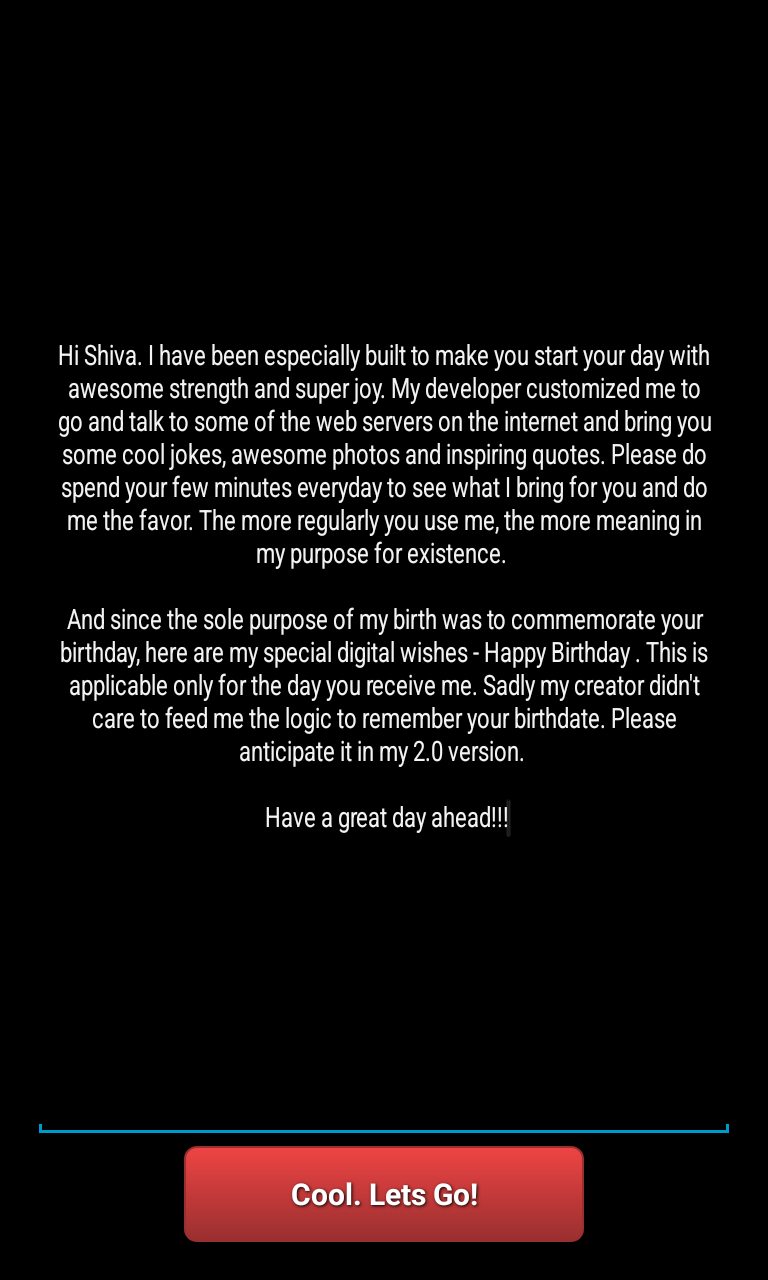
Repository: gitvas/FewMinutesEveryday
Layout: WorkspaceOne/FewMinutesEveryday/res/layout/activity_start.xml
An editor plug-in stored every save of this project. The layout is shown before and after the next save, followed by the edit.
It is drawn on a 768 x 1280 px phone screen (xhdpi) without system bars, with theme android:Theme.Holo; the app's code is not run.

Above is the layout before, as saved 2014-08-24 06:58:25.

After the next save:
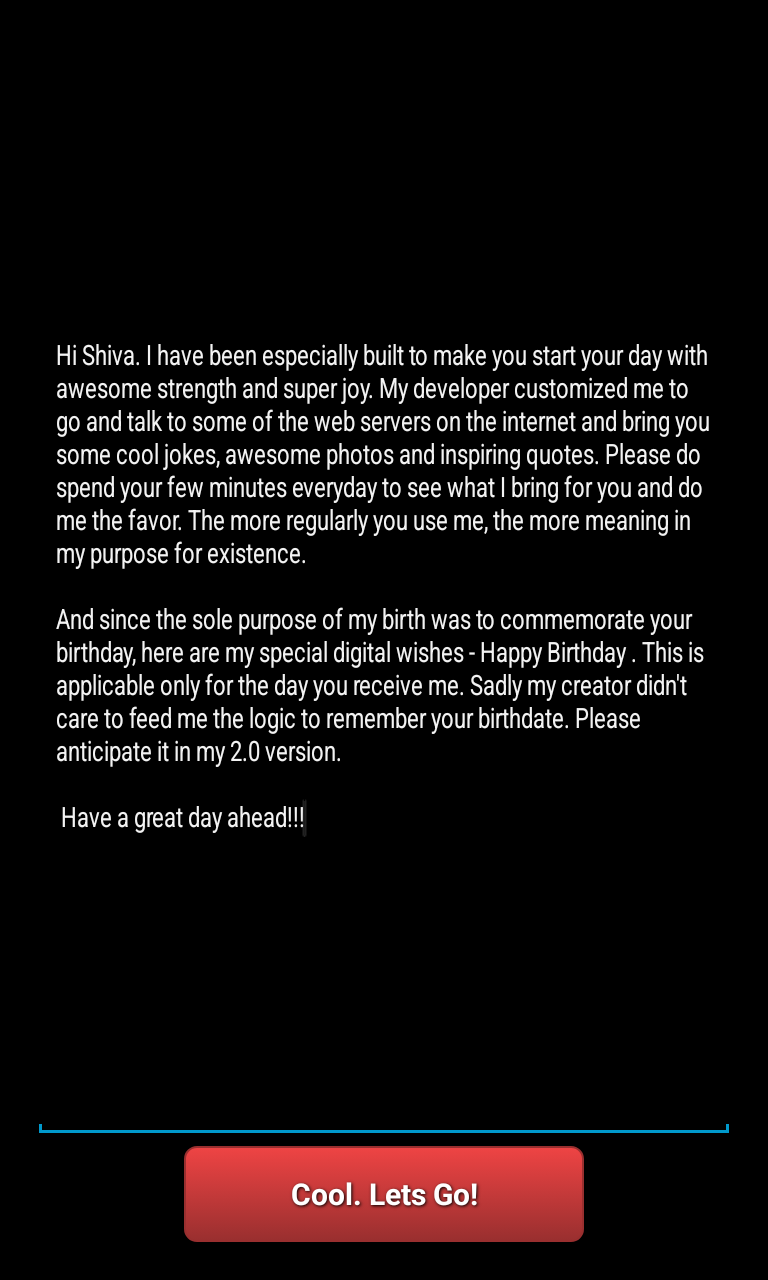
Saved 80 s later.
--- a/WorkspaceOne/FewMinutesEveryday/res/layout/activity_start.xml
+++ b/WorkspaceOne/FewMinutesEveryday/res/layout/activity_start.xml
@@ -16,7 +16,7 @@
         android:layout_above="@+id/btnContinue"
         android:layout_alignParentTop="TRUE"
         android:ems="10"
-        android:gravity="center"
+        android:gravity="fill_vertical"
         android:inputType="none"
         android:focusable="false"
         android:textScaleX="0.8"
